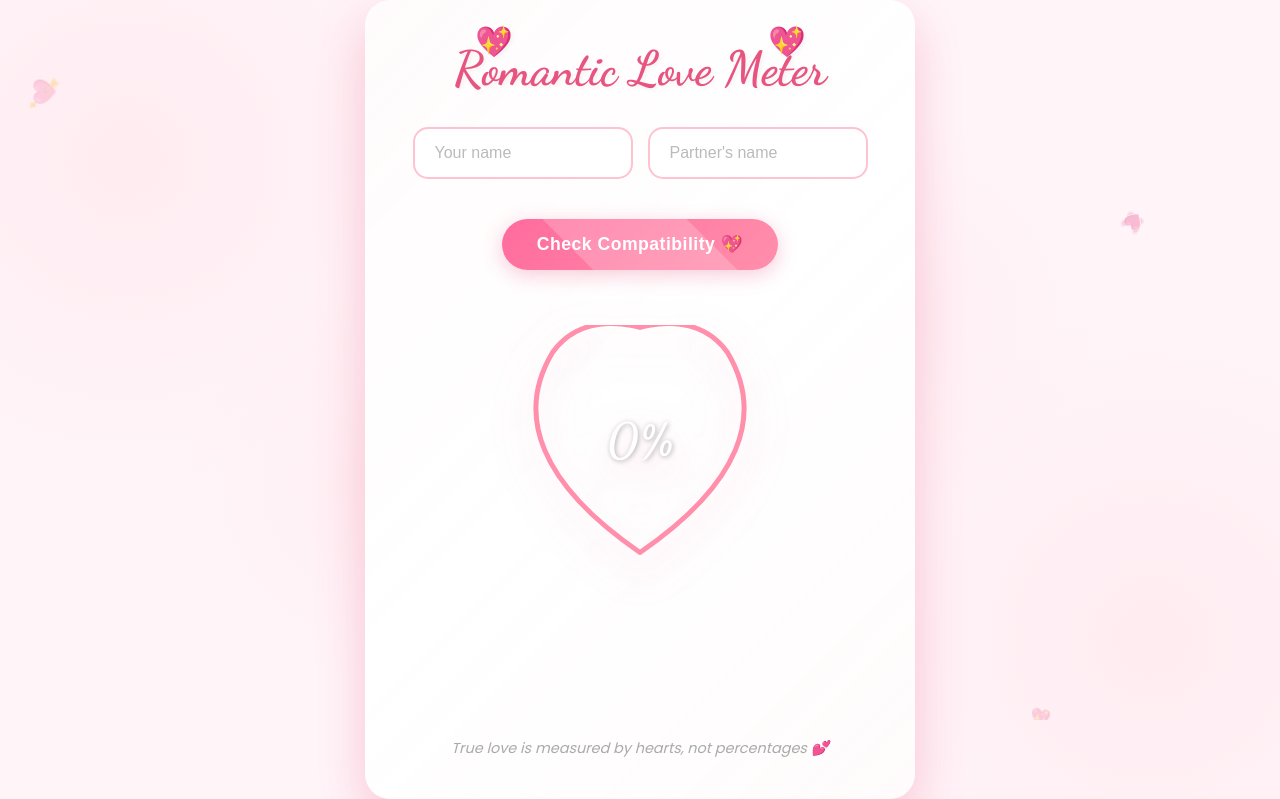
Repository: zhr-nabila/cek-jodoh
Page: cek.html
The author's editor kept a copy of each file at every save. The page is drawn from the files as they stood at one save, then again after the next save.
The browser window is 1280 px wide. The pictures show the whole page.

Above is the page before, as saved 2025-06-10 00:20:46.

After the next save:
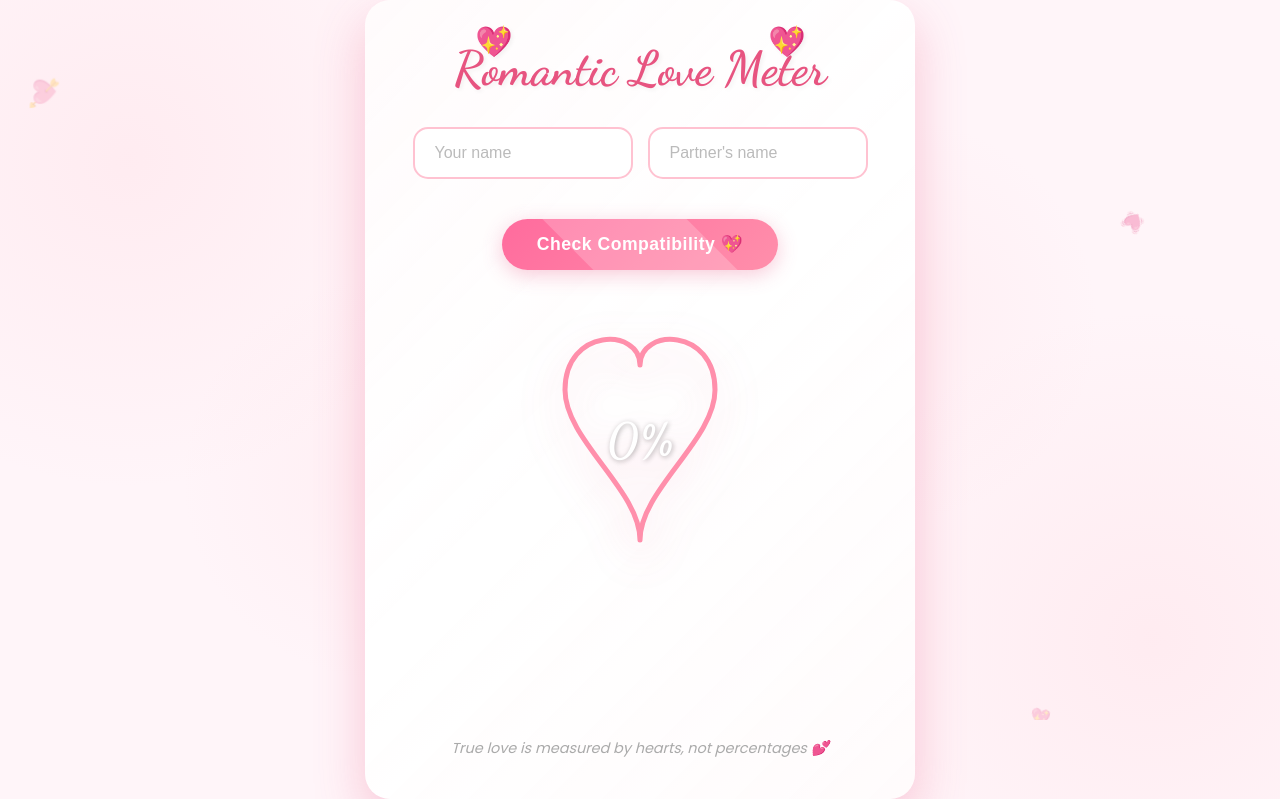
Saved 119 s later.
--- a/cek.html
+++ b/cek.html
@@ -463,25 +463,35 @@
     <button onclick="calculate()" class="animate__animated animate__fadeIn">Check Compatibility 💖</button>
 
     <div class="love-meter-container">
-      <div class="love-meter">
-        <svg viewBox="0 0 200 180" class="heart-svg">
-          <defs>
-            <clipPath id="heartClip">
-              <path d="M100 180C20 125 0 70 30 20C55-15 100 0 100 0S145-15 170 20C200 70 180 125 100 180Z"/>
-            </clipPath>
-            <linearGradient id="gradientFill" x1="0" y1="1" x2="0" y2="0">
-              <stop offset="0%" stop-color="#e75480"/>
-              <stop offset="50%" stop-color="#ff6b9d"/>
-              <stop offset="100%" stop-color="#ff8fab"/>
-            </linearGradient>
-          </defs>
-          <rect class="love-fill" x="0" y="180" width="200" height="0" clip-path="url(#heartClip)" />
-          <path d="M100 180C20 125 0 70 30 20C55-15 100 0 100 0S145-15 170 20C200 70 180 125 100 180Z"
-                fill="none" stroke="#ff8fab" stroke-width="4" stroke-linejoin="round"/>
-        </svg>
-        <div class="percentage">0%</div>
-      </div>
-    </div>
+  <div class="love-meter">
+    <svg viewBox="0 0 200 180" class="heart-svg">
+      <defs>
+        <clipPath id="heartClip">
+          <!-- Path love yang lebih simetris dan rapi -->
+          <path d="M100 30
+                   C100 0, 160 0, 160 50
+                   C160 90, 100 130, 100 170
+                   C100 130, 40 90, 40 50
+                   C40 0, 100 0, 100 30Z"/>
+        </clipPath>
+        <linearGradient id="gradientFill" x1="0" y1="1" x2="0" y2="0">
+          <stop offset="0%" stop-color="#e75480"/>
+          <stop offset="50%" stop-color="#ff6b9d"/>
+          <stop offset="100%" stop-color="#ff8fab"/>
+        </linearGradient>
+      </defs>
+      <rect class="love-fill" x="0" y="180" width="200" height="0" clip-path="url(#heartClip)" />
+      <path d="M100 30
+               C100 0, 160 0, 160 50
+               C160 90, 100 130, 100 170
+               C100 130, 40 90, 40 50
+               C40 0, 100 0, 100 30Z"
+            fill="none" stroke="#ff8fab" stroke-width="4" stroke-linejoin="round"/>
+    </svg>
+    <div class="percentage">0%</div>
+  </div>
+</div>
+
 
     <div class="couple-names" id="couple-names">
       <span id="name1-output">You</span>
